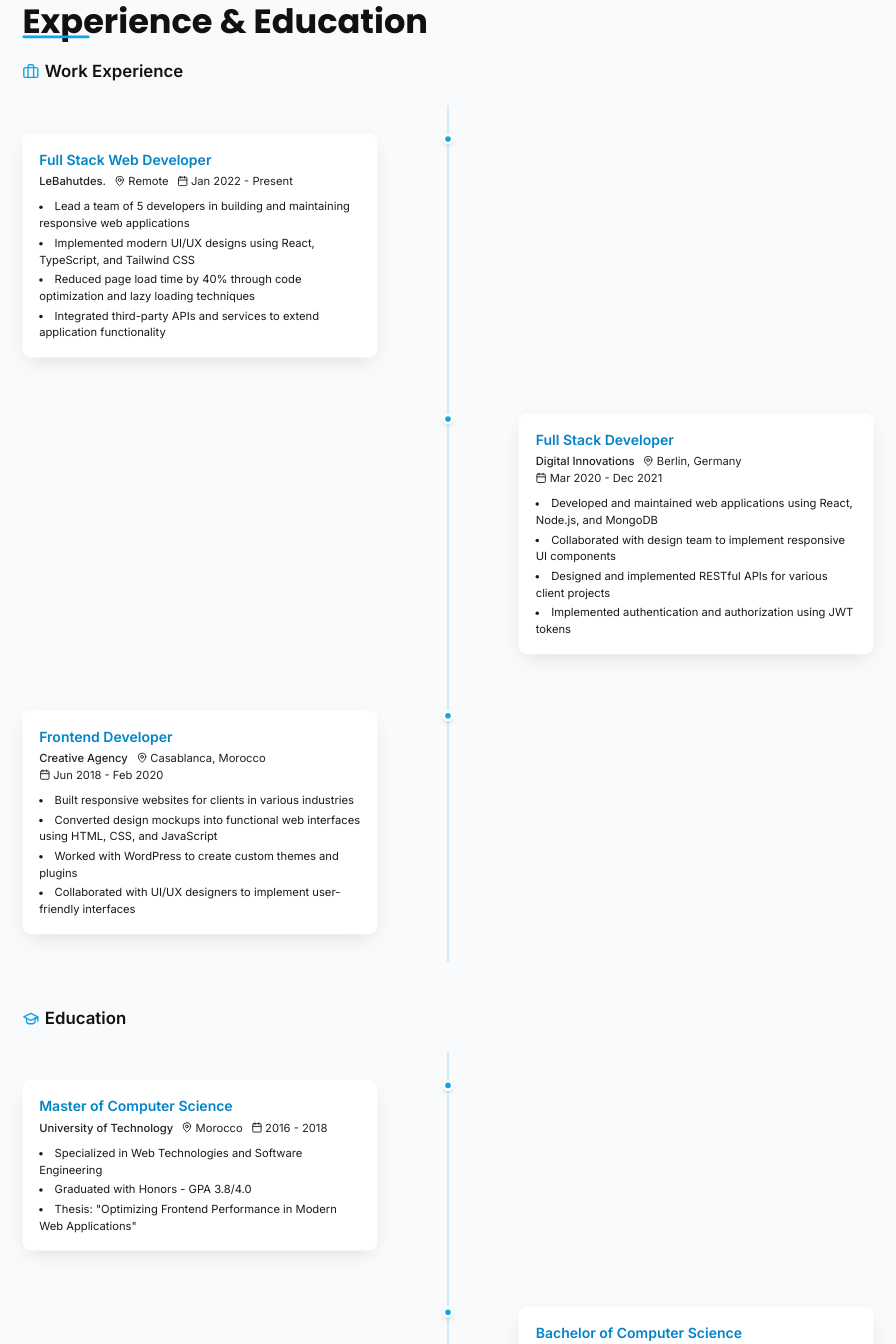
Repository: Abdelilah-Lakrim/Personal_Portfolio
Page: /
The author's editor kept a copy of each file at every save. The page is drawn from the files as they stood at one save, then again after the next save.
The browser window is 1280 px wide. The pictures show the part of the page from y = 4062 to 5982 px (the page is 7905 px tall before and 7929 px after), at 70% of full size.
The project was rebuilt for these pictures with package versions that can differ from the ones it lists, and the page was loaded fresh each time. Also part of the build but not shown: vite.config.ts.

Above is the page before, as saved 2025-05-21 12:40:43.

After the next save:
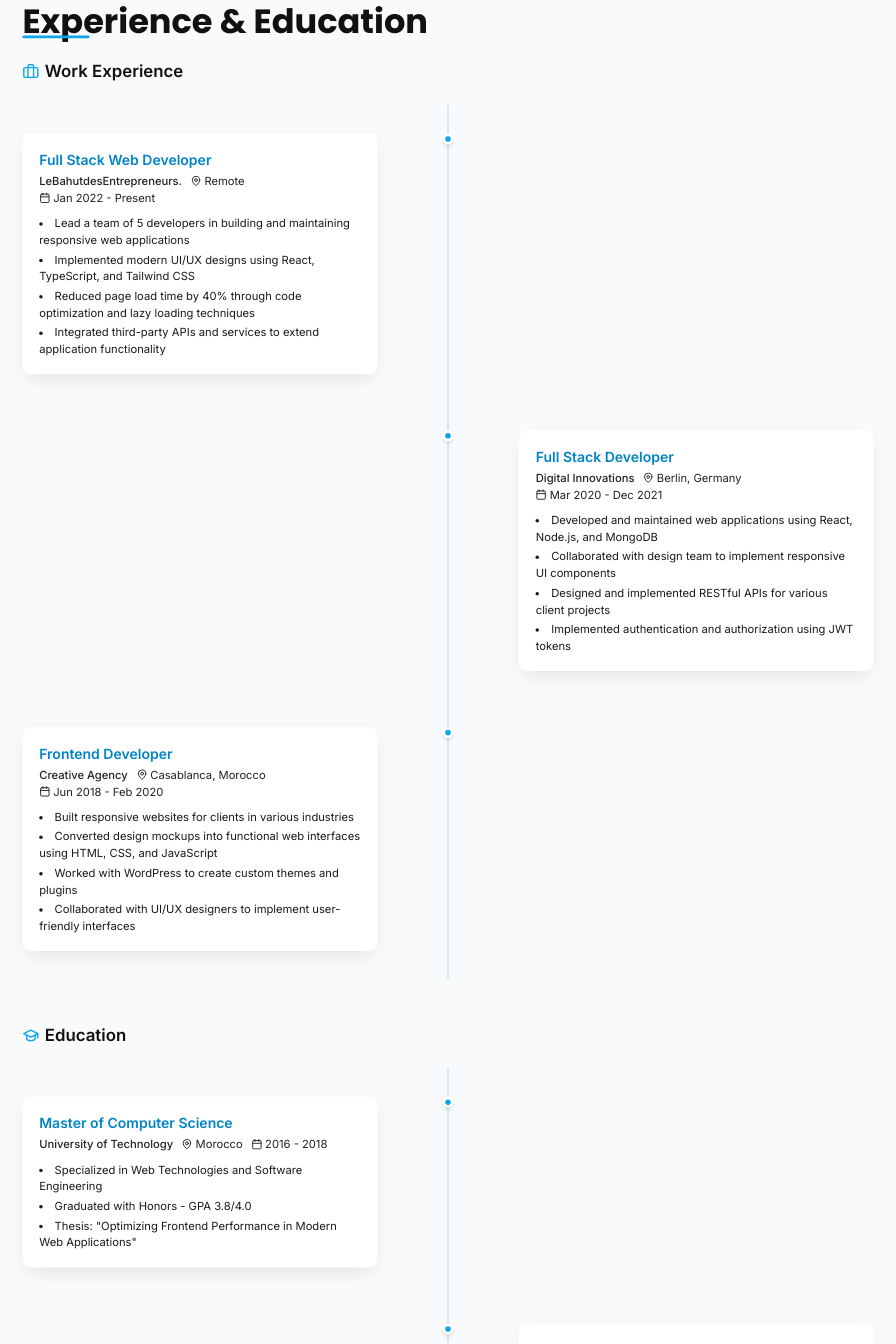
Saved 5 s later.
--- a/src/components/Experience.tsx
+++ b/src/components/Experience.tsx
@@ -16,7 +16,7 @@ const Experience: React.FC = () => {
     {
       id: 1,
       position: 'Full Stack Web Developer',
-      company: 'LeBahutdes.',
+      company: 'LeBahutdesEntrepreneurs.',
       location: 'Remote',
       duration: 'Jan 2022 - Present',
       description: [
